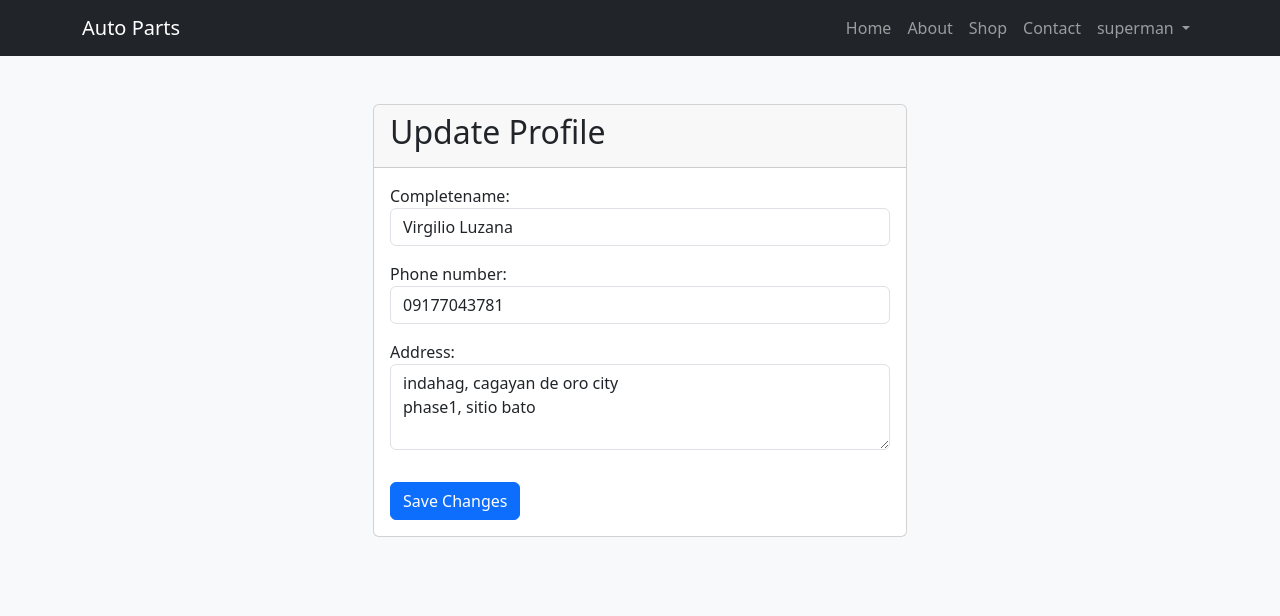
Repository: Jijiluzana225/onlineparts
Page: http://localhost/profile/update/
These files come from the project's save history. The page is drawn as it stood at one moment and after the next save; the edit follows.
The browser window is 1280 px wide. The pictures show the whole page.
The page is served by the project's application, run on Django 5.2 (manage.py). The first stored user is signed in. The page reads the database file committed with the project.

Above is the page before, as saved 2025-02-19 13:11:49.

After the next save:
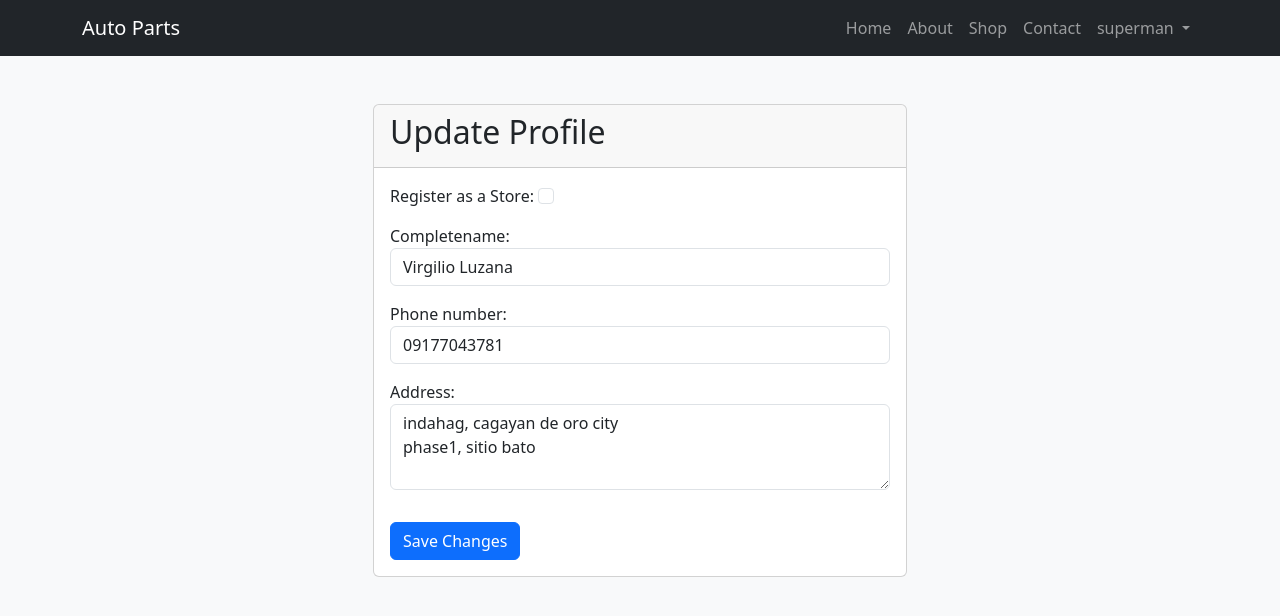
Saved 72 s later.
--- a/orders/forms.py
+++ b/orders/forms.py
@@ -51,9 +51,14 @@ from django import forms
 from .models import Customer
 
 class CustomerUpdateForm(forms.ModelForm):
+    is_store = forms.BooleanField(
+        required=False,
+        widget=forms.CheckboxInput(attrs={'class': 'form-check-input'}),
+        label="Register as a Store"
+    )
     class Meta:
         model = Customer
-        fields = ["completename", "phone_number", "address"]
+        fields = ["is_store", "completename", "phone_number", "address"]
         widgets = {
             "completename": forms.TextInput(attrs={"class": "form-control"}),
             "phone_number": forms.TextInput(attrs={"class": "form-control"}),
